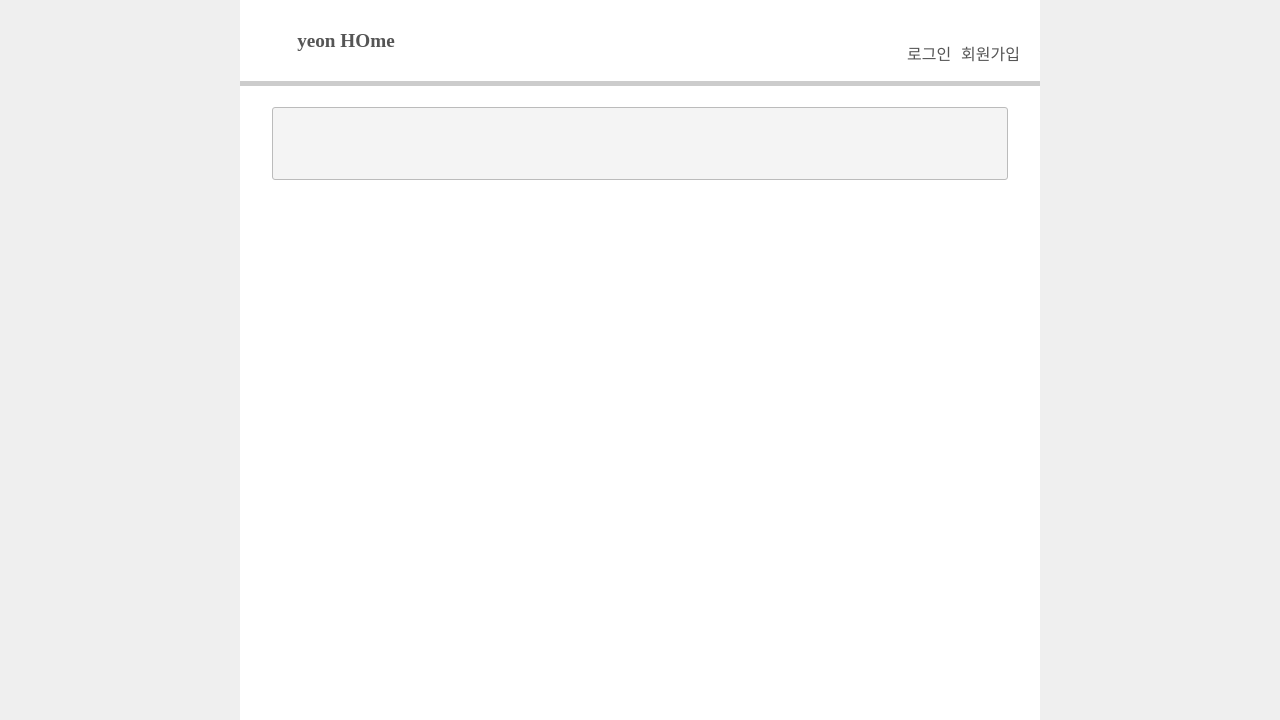
Repository: yeonhwa323/webPro
Page: webPro/src/main/webapp/javascript/days09/EX01_02.html
The author's editor kept a copy of each file at every save. The page is drawn from the files as they stood at one save, then again after the next save.
The browser window is 1280 px wide. The pictures show the whole page.
Some web fonts or font styles are not loaded; a fallback is used.

Above is the page before, as saved 2024-04-17 00:15:15.

After the next save:
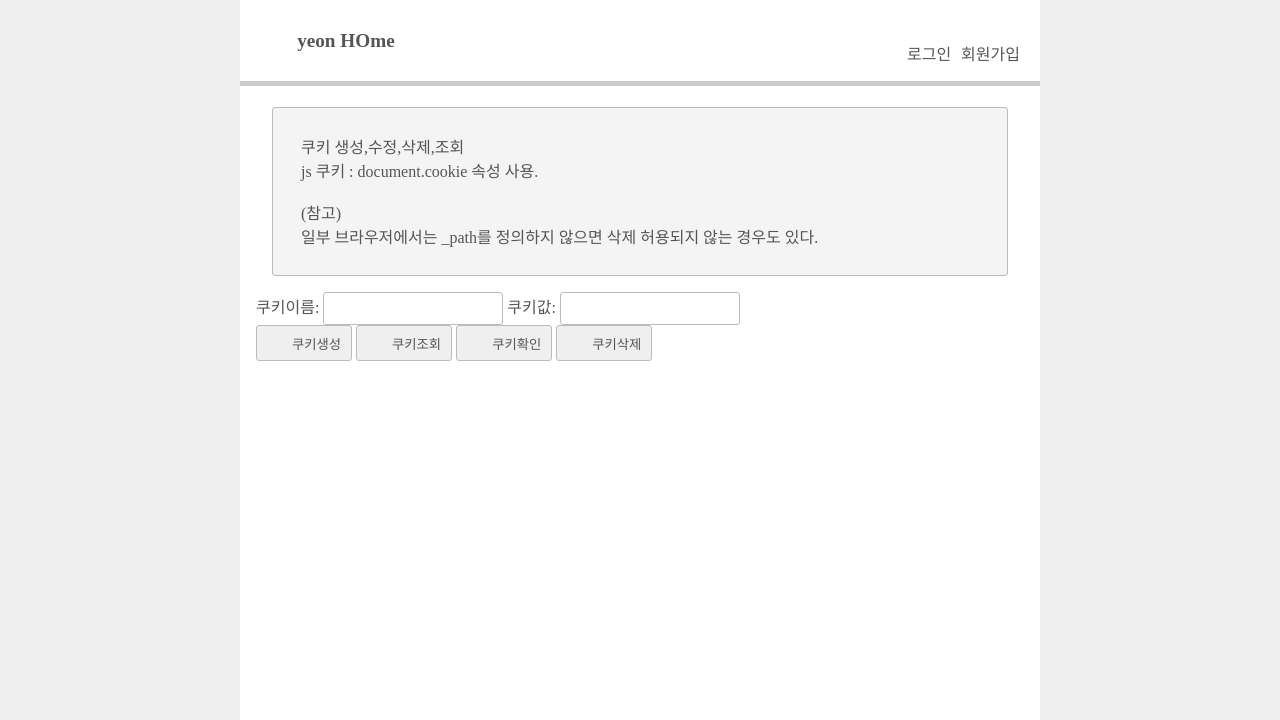
Saved 5 min 40 s later.
--- a/webPro/src/main/webapp/javascript/days09/EX01_02.html
+++ b/webPro/src/main/webapp/javascript/days09/EX01_02.html
@@ -24,8 +24,39 @@
 </header>
 <div>
   <xmp class="code">
+   쿠키 생성,수정,삭제,조회
+   js 쿠키 : document.cookie 속성 사용.
 
+   (참고)
+   일부 브라우저에서는 _path를 정의하지 않으면 삭제 허용되지 않는 경우도 있다.
   </xmp>
+
+  쿠키이름: <input type="text" id="cookieName" autofocus="autofocus"/>
+  쿠키값: <input type="text" id="cookieValue"/>
+
+  <br>
+
+  <button onclick="setCookie()">쿠키생성</button>
+  <button onclick="getAllCookie()">쿠키조회</button>
+  <button onclick="getCookie()">쿠키확인</button>
+  <button onclick="delCookie()">쿠키삭제</button>
+
+  <p id="demo"></p>
+
 </div>
+
+<script>
+   function setCookie(){
+	   let name = $("cookieName").val();
+	   let cvalue = $("cookieValue").val();
+	   // 쿠키값에 한글이 있는 경우에는 %uXX 변환 ->
+	   $("#demo").html( escape(cvalue) );
+   }
+   function getAllCookie(){}
+   function getCookie(){}
+   function delCookie(){}
+
+</script>
+
 </body>
 </html>
